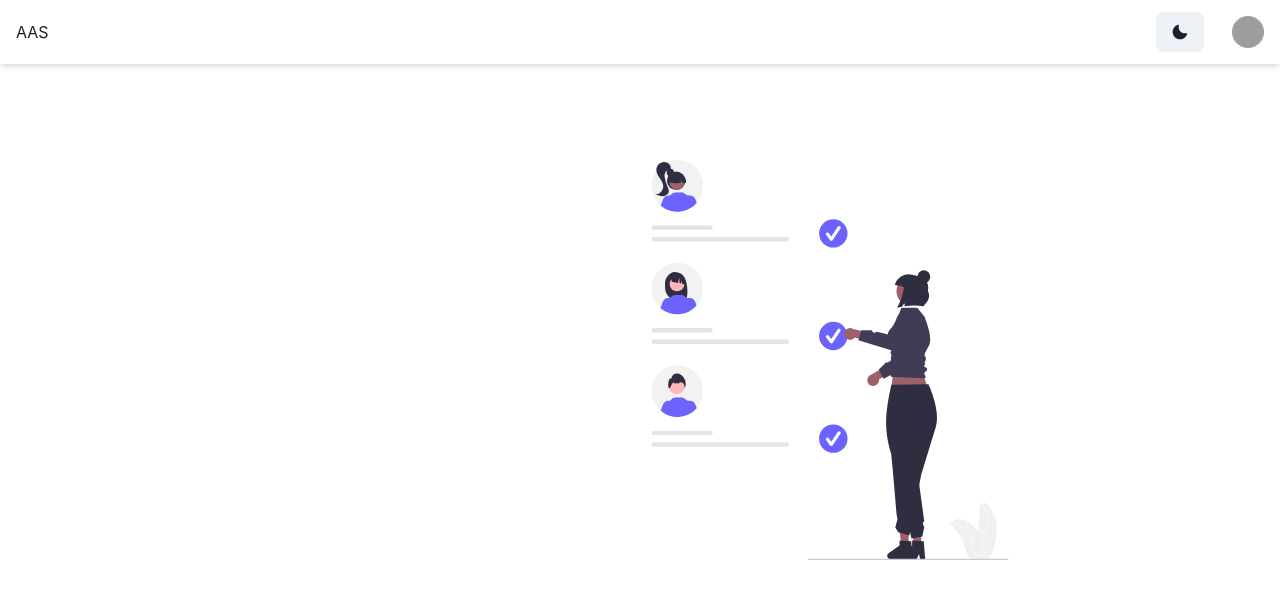
Repository: shash0708/attendence
Page: /
An editor plug-in stored every save of this project. The page is shown before and after the next save, followed by the edit.
The browser window is 1280 px wide. The pictures show the whole page.
Pictures or frames that could not be fetched are drawn as grey boxes. The project was rebuilt for these pictures with package versions that can differ from the ones it lists, and the page was loaded fresh each time. Also part of the build but not shown: src/App.css, src/components/Login/Login.component.jsx, src/components/Signup/Signup.component.jsx, src/routes/Authentication/Authentication.component.jsx.

Above is the page before, as saved 2024-04-06 19:14:54.

After the next save:
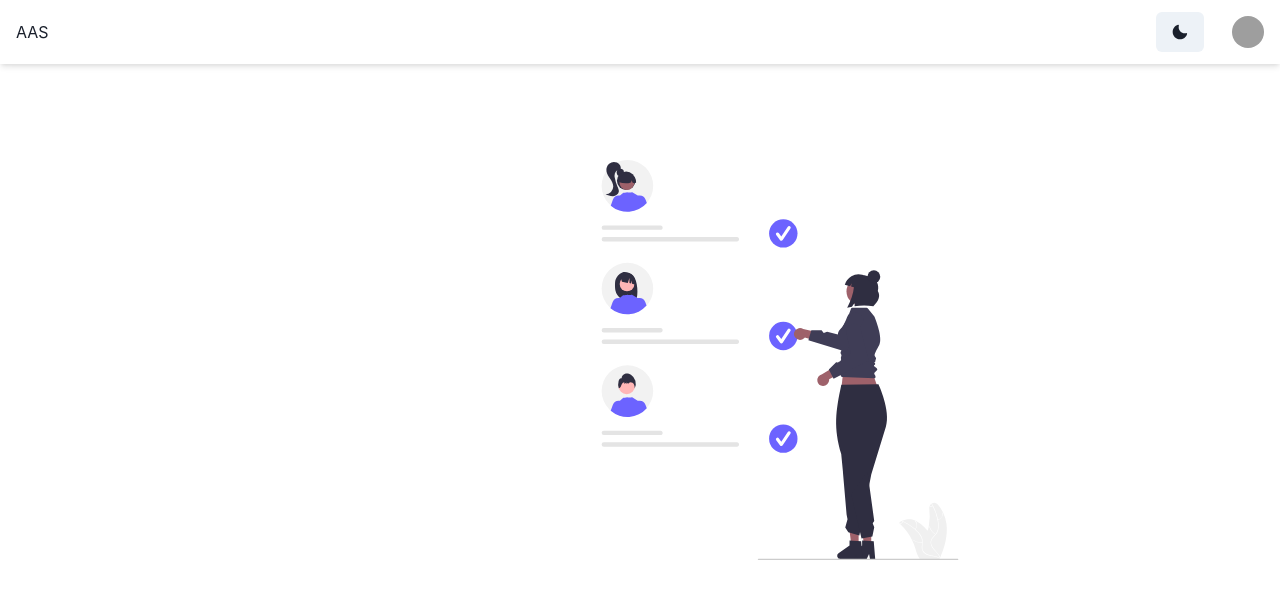
Saved 7 s later.
--- a/src/components/homeProp/HomeProp.styles.scss
+++ b/src/components/homeProp/HomeProp.styles.scss
@@ -4,6 +4,6 @@
   height: 400px;  // Add other styling properties as needed
   position: fixed;
   top: 50%; // Adjust as needed
-  right: -50px; // Adjust as needed
+  right: -0px; // Adjust as needed
   transform: translateY(-50%);
 }
